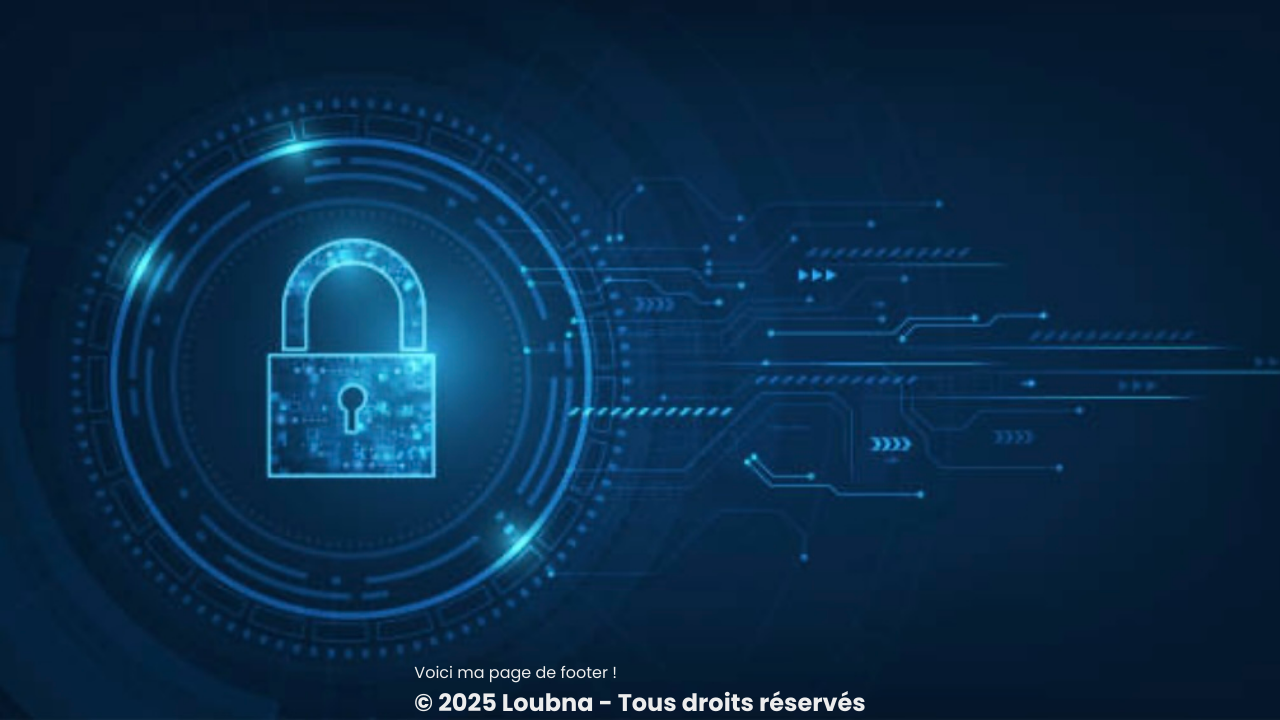
Repository: Loubna77290/Portfolio-de-Loubna
Page: footer.html
The author's editor kept a copy of each file at every save. The page is drawn from the files as they stood at one save, then again after the next save.
The browser window is 1280 px wide. The pictures show the whole page.

Above is the page before, as saved 2025-03-10 00:07:27.

After the next save:
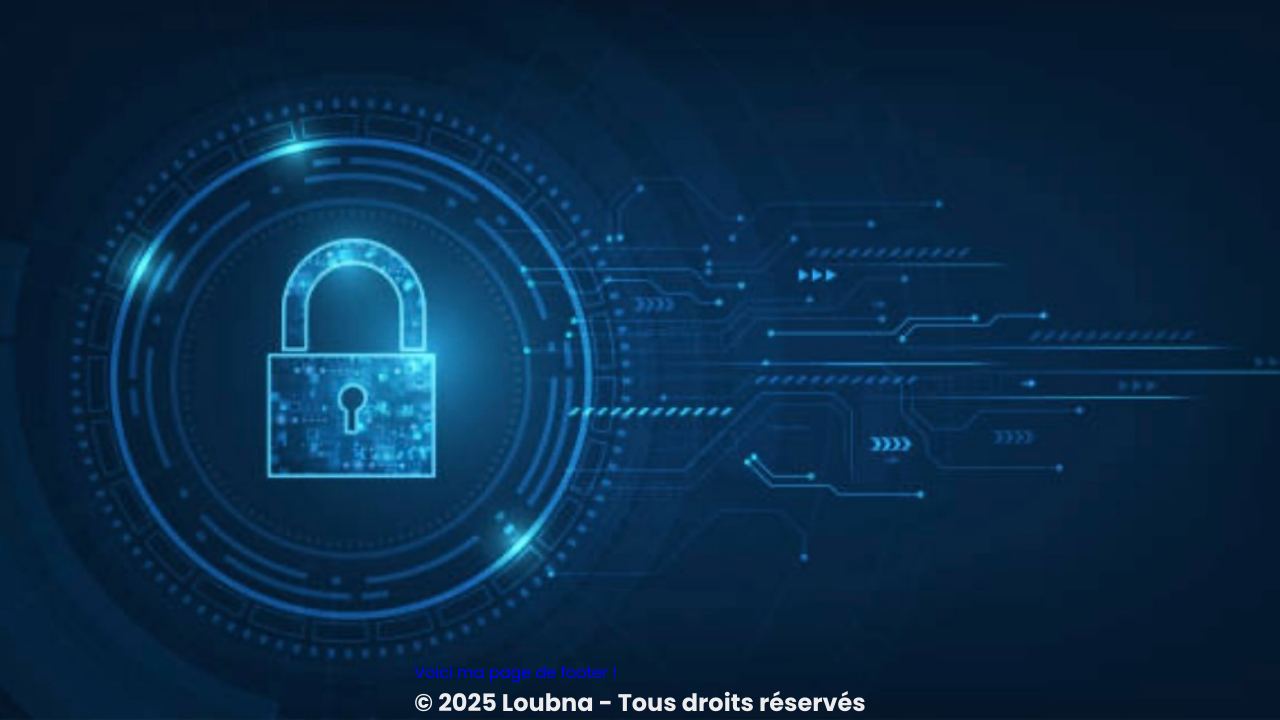
Saved 3 min 3 s later.
--- a/style.css
+++ b/style.css
@@ -275,7 +275,6 @@ body {
     display: flex;
     align-items: flex-end;
     justify-content: center;
-    color: #0ff;
 }
 
 .contenu-footer {
@@ -283,3 +282,6 @@ body {
     position: absolute;
 
 }
+.contenu-footer p {
+    color: blue;
+}
